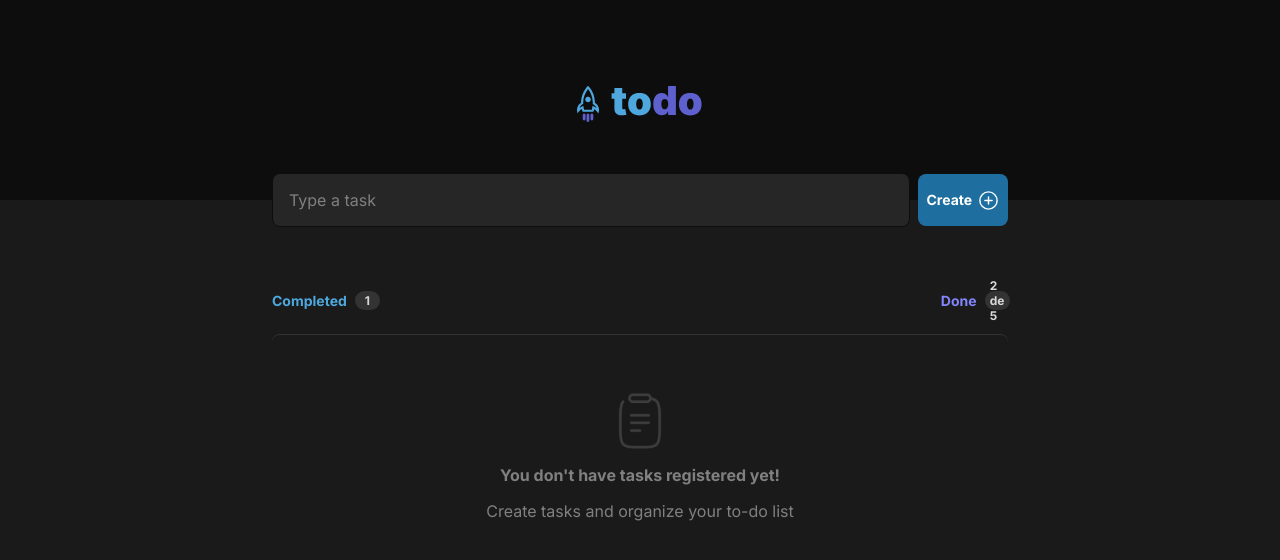
Repository: JoseGu1llardi/to-do-list-D01
Page: /
An editor plug-in stored every save of this project. The page is shown before and after the next save, followed by the edit.
The browser window is 1280 px wide. The pictures show the whole page.
The project was rebuilt for these pictures with package versions that can differ from the ones it lists, and the page was loaded fresh each time. Also part of the build but not shown: vite.config.ts.

Above is the page before, as saved 2023-03-11 19:51:41.

After the next save:
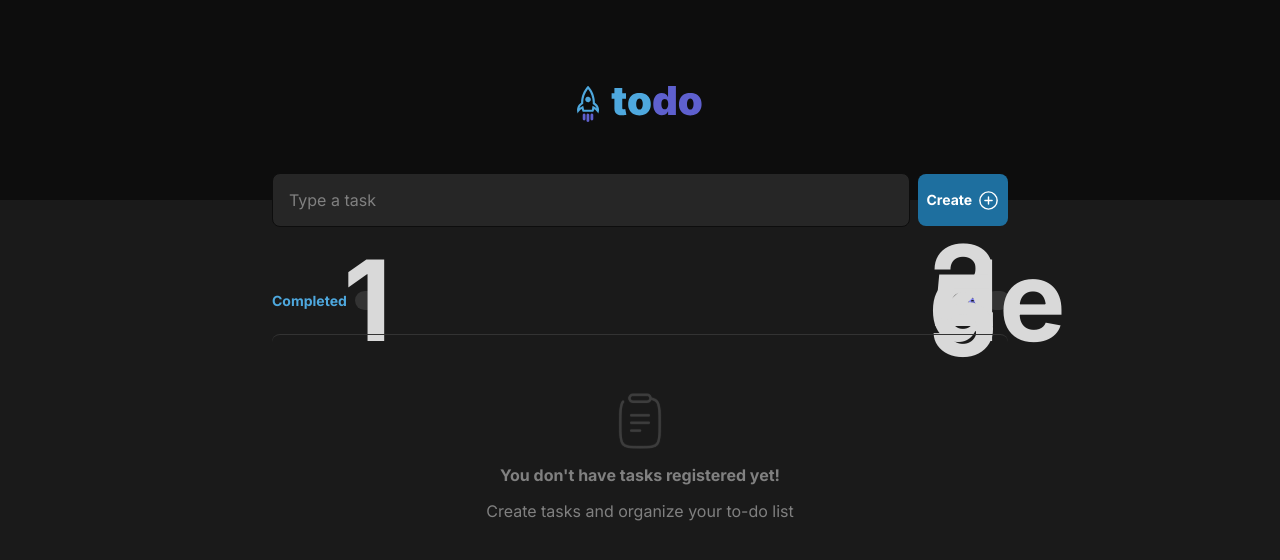
Saved 35 s later.
--- a/src/components/Tasks/styles.module.css
+++ b/src/components/Tasks/styles.module.css
@@ -66,7 +66,7 @@
   flex-direction: row;
   font-style: normal;
   font-weight: 700;
-  font-size: 12px;
+  font-size: 112px;
   line-height: 15px;
 
   color: var(--gray-200);

After the save that followed:
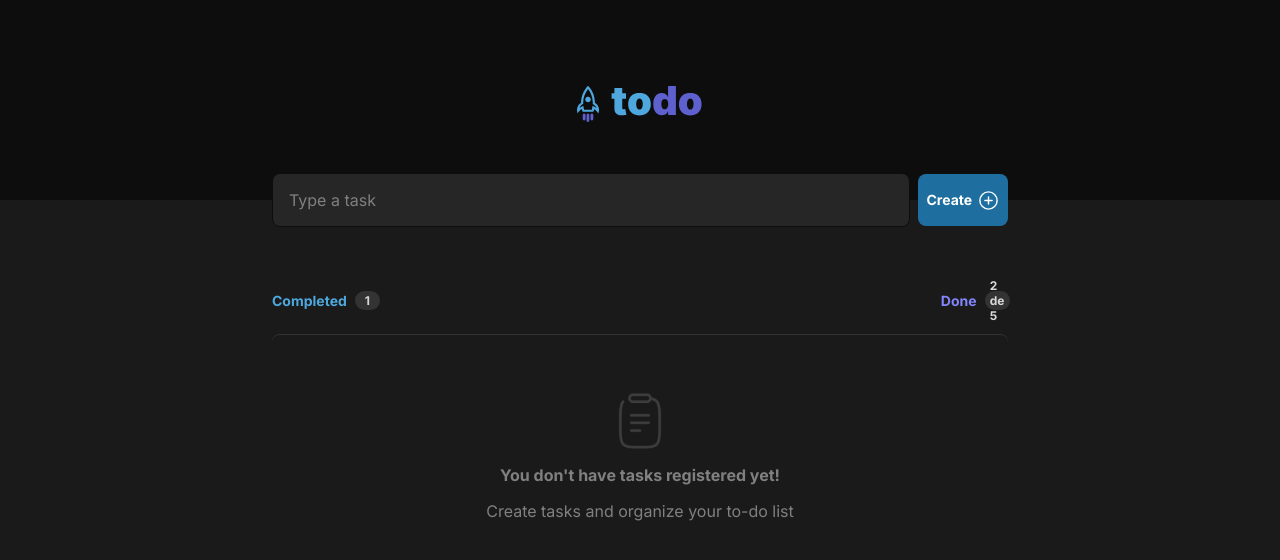
Saved 4 s later.
--- a/src/components/Tasks/styles.module.css
+++ b/src/components/Tasks/styles.module.css
@@ -66,7 +66,7 @@
   flex-direction: row;
   font-style: normal;
   font-weight: 700;
-  font-size: 112px;
+  font-size: 12px;
   line-height: 15px;
 
   color: var(--gray-200);
